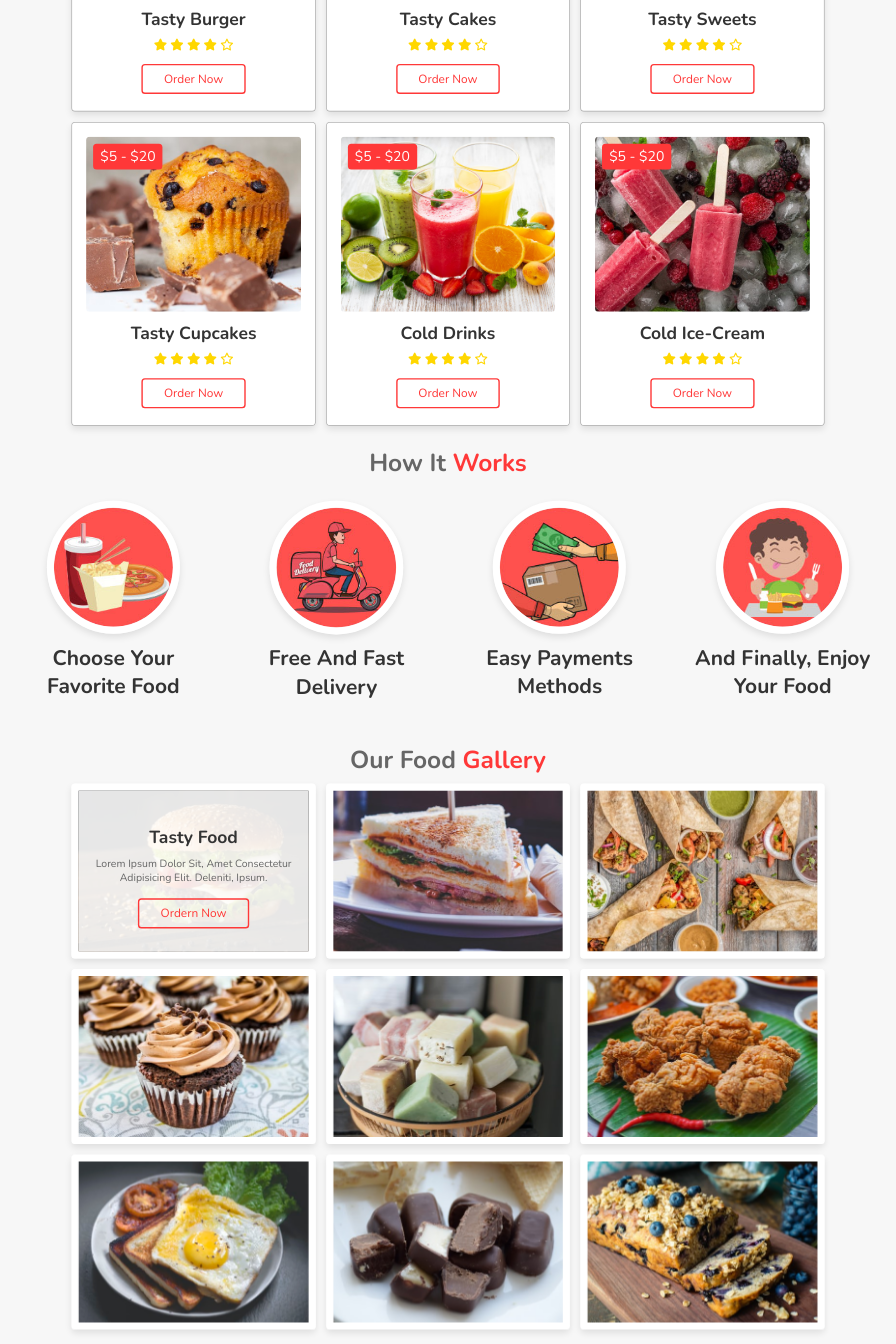
Repository: wenxi0504/ResturantApp-static-
Page: index.html
The author's editor kept a copy of each file at every save. The page is drawn from the files as they stood at one save, then again after the next save.
The browser window is 1280 px wide. The pictures show the part of the page from y = 1745 to 3665 px (the page is 3665 px tall), at 70% of full size.
The pointer rests on the first visible `.gallery .box-container .box`.

Above is the page before, as saved 2022-01-10 00:39:38.
Console error: TypeError: Cannot read properties of null (reading 'classList')

After the next save:
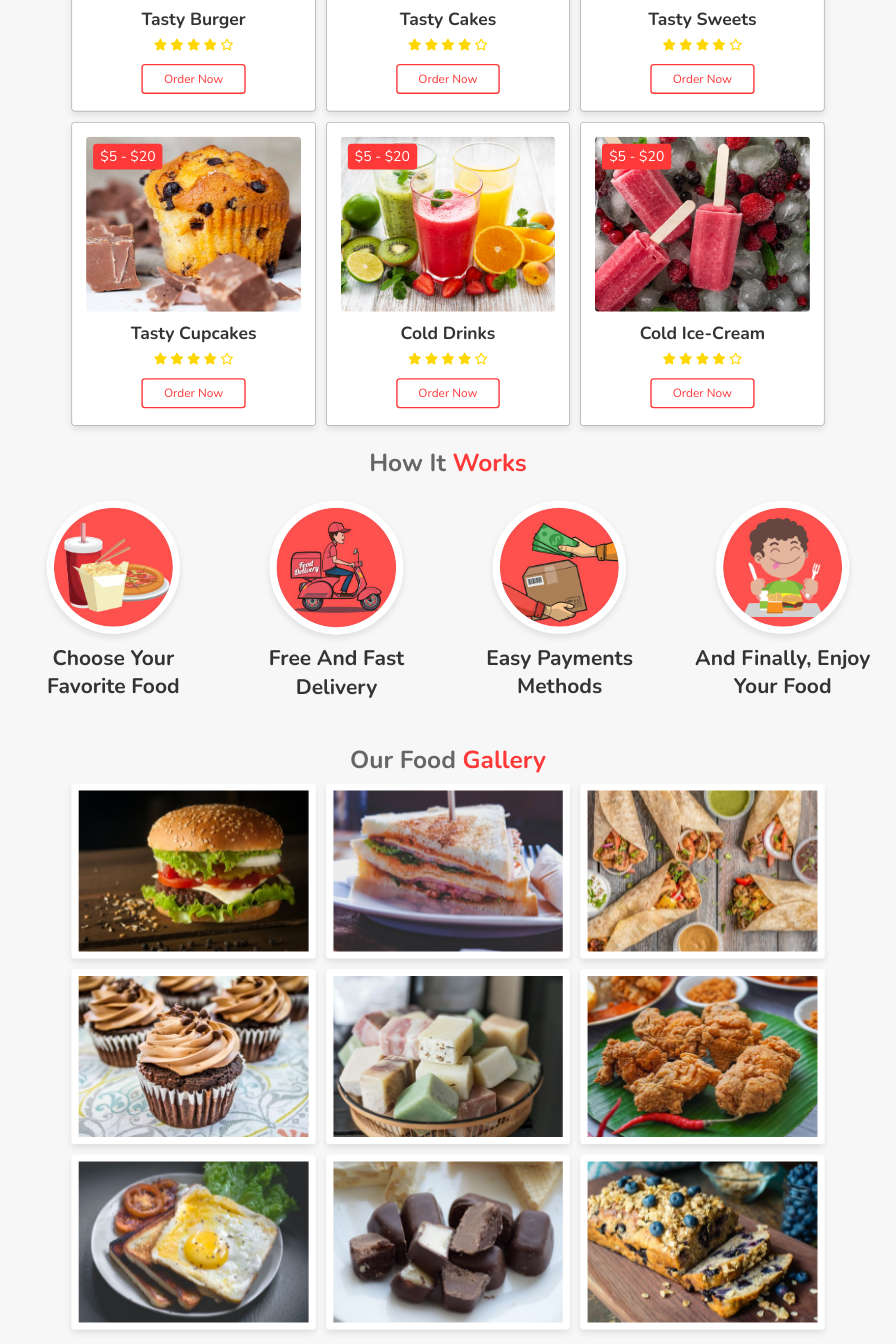
Saved 8 min 13 s later.
--- a/style.css
+++ b/style.css
@@ -356,7 +356,7 @@
 }
 
 .gallery .box-container .box:hover .content{
-  top:0;
+  top:50;
 }
 
 

After the save that followed:
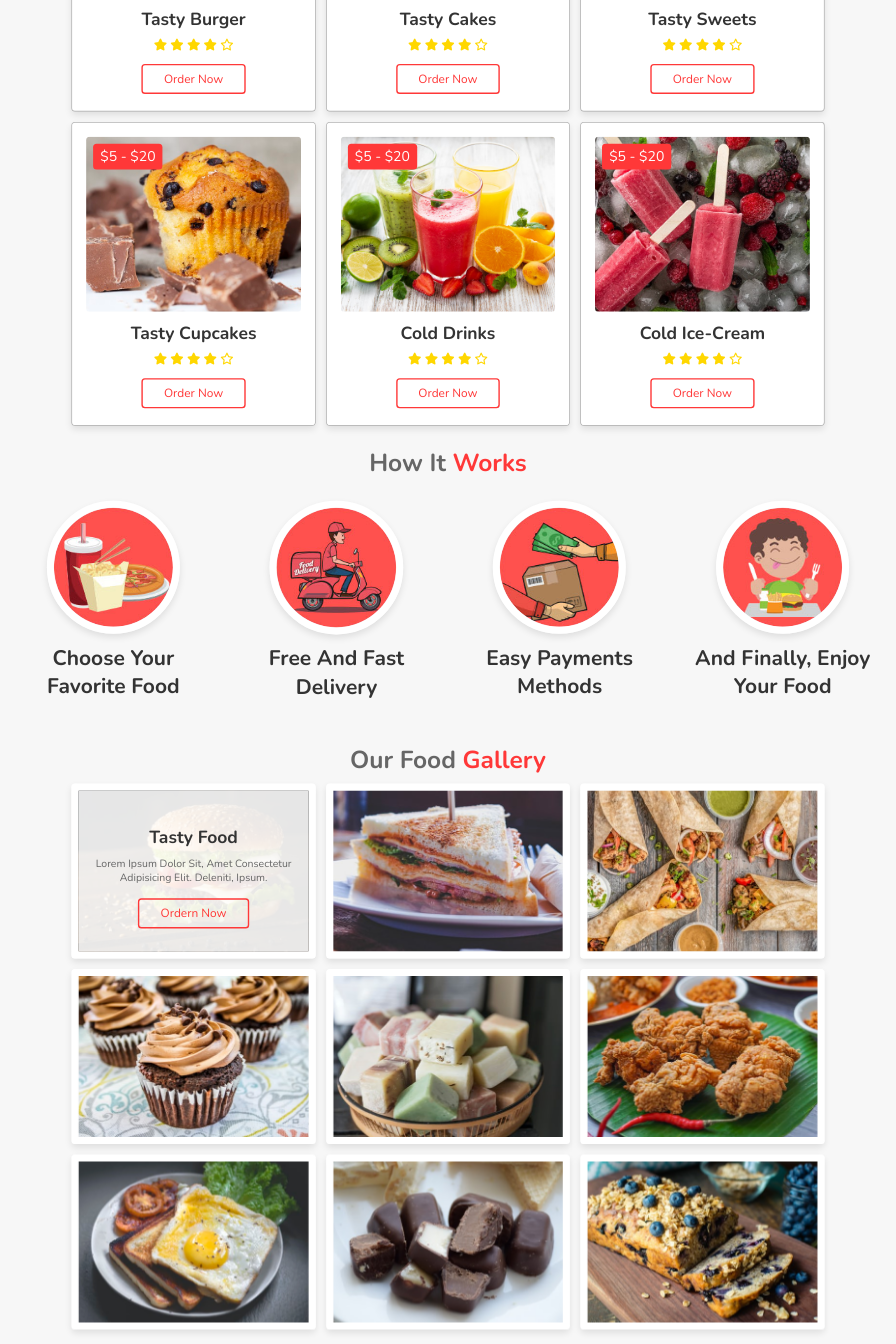
Saved 14 s later.
--- a/style.css
+++ b/style.css
@@ -356,7 +356,7 @@
 }
 
 .gallery .box-container .box:hover .content{
-  top:50;
+  top:0;
 }
 
 
